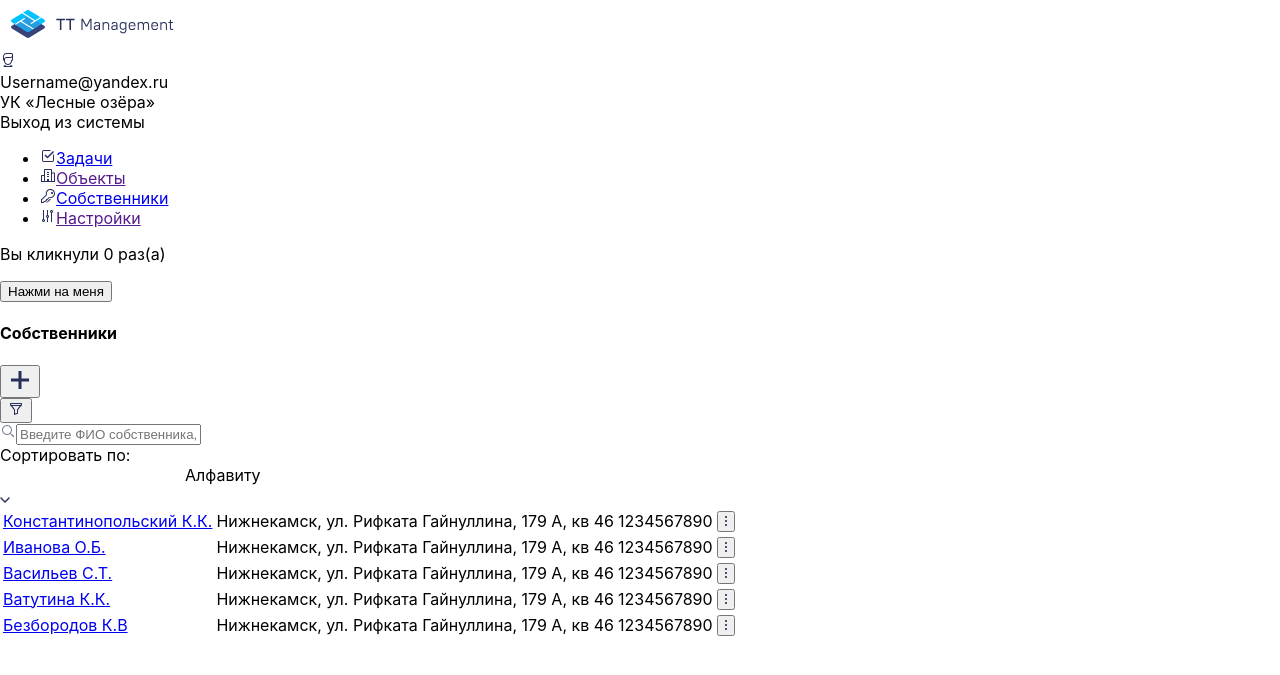
Repository: TryBr/tt-management
Page: /owners
These files come from the project's save history. The page is drawn as it stood at one moment and after the next save; the edit follows.
The browser window is 1280 px wide. The pictures show the whole page.
The project was rebuilt for these pictures with package versions that can differ from the ones it lists, and the page was loaded fresh each time. Also part of the build but not shown: src/App.css, src/TaskDetail.js, src/Owner.js.

Above is the page before, as saved 2020-07-20 11:02:07.

After the next save:
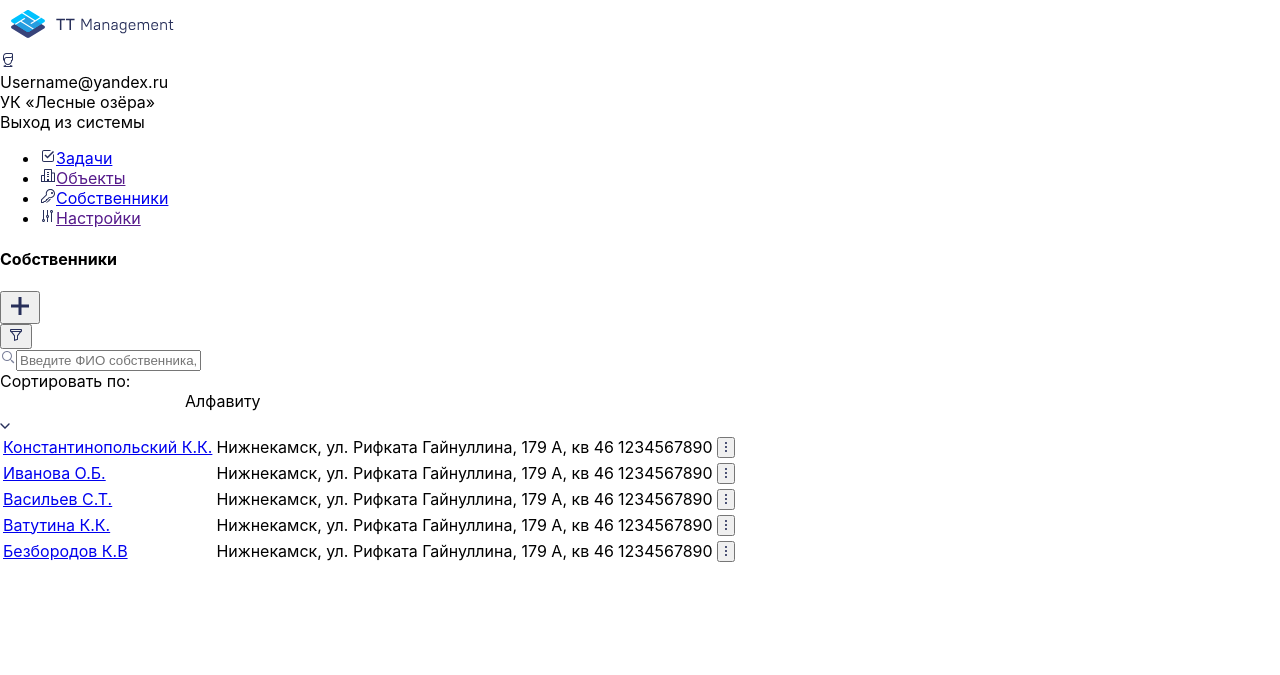
Saved 2 min 48 s later.
--- a/src/Owners.js
+++ b/src/Owners.js
@@ -113,8 +113,6 @@ const Owners = ({ owners }) => {
 
   return (
     <Fragment>
-      <p>Вы кликнули {count} раз(а)</p>
-      <button onClick={() => setCount(count + 1)}>Нажми на меня</button>
       <h1 className="page-title">Собственники</h1>
       <Button type="default" className="button-add" icon={<AddIcon />}></Button>
       <div className="search-panel">
